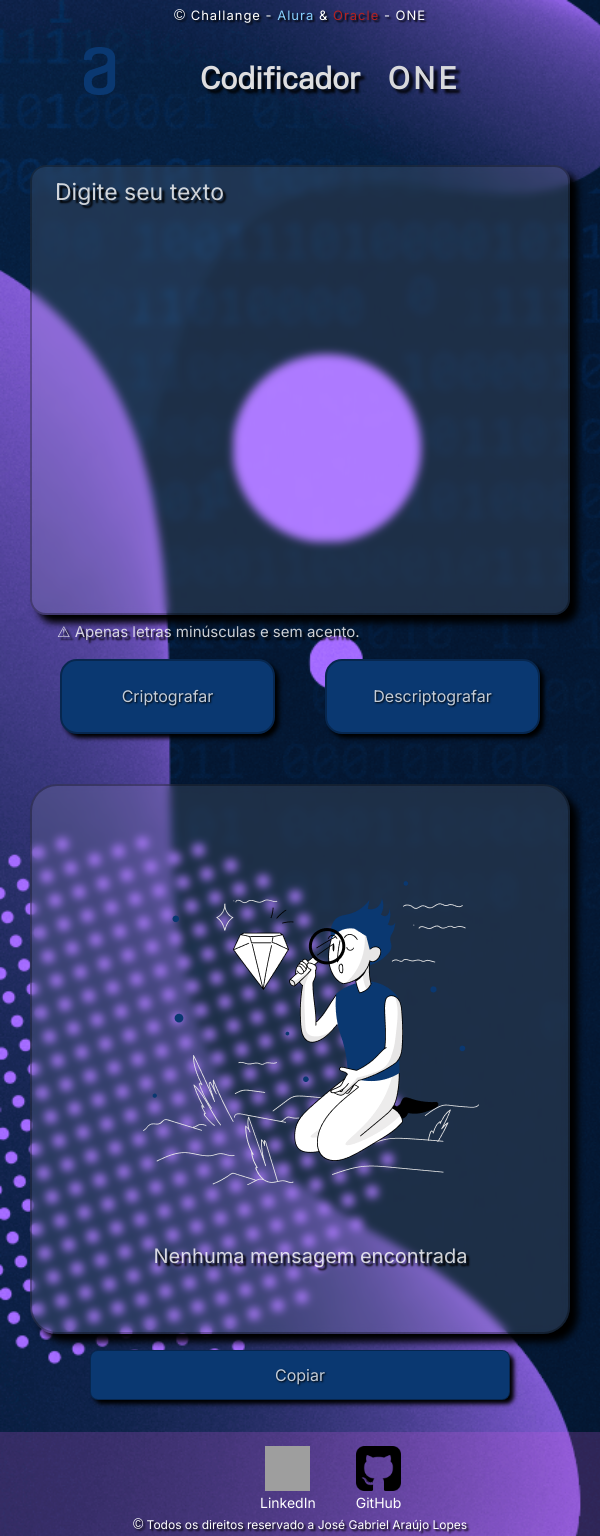
Repository: GabbrielLopes/Decodificador-ONE-Challange-Alura
Page: index.html
An editor plug-in stored every save of this project. The page is shown before and after the next save, followed by the edit.
The browser window is 600 px wide. The pictures show the whole page.
Pictures or frames that could not be fetched are drawn as grey boxes.

Above is the page before, as saved 2022-05-11 23:15:58.

After the next save:
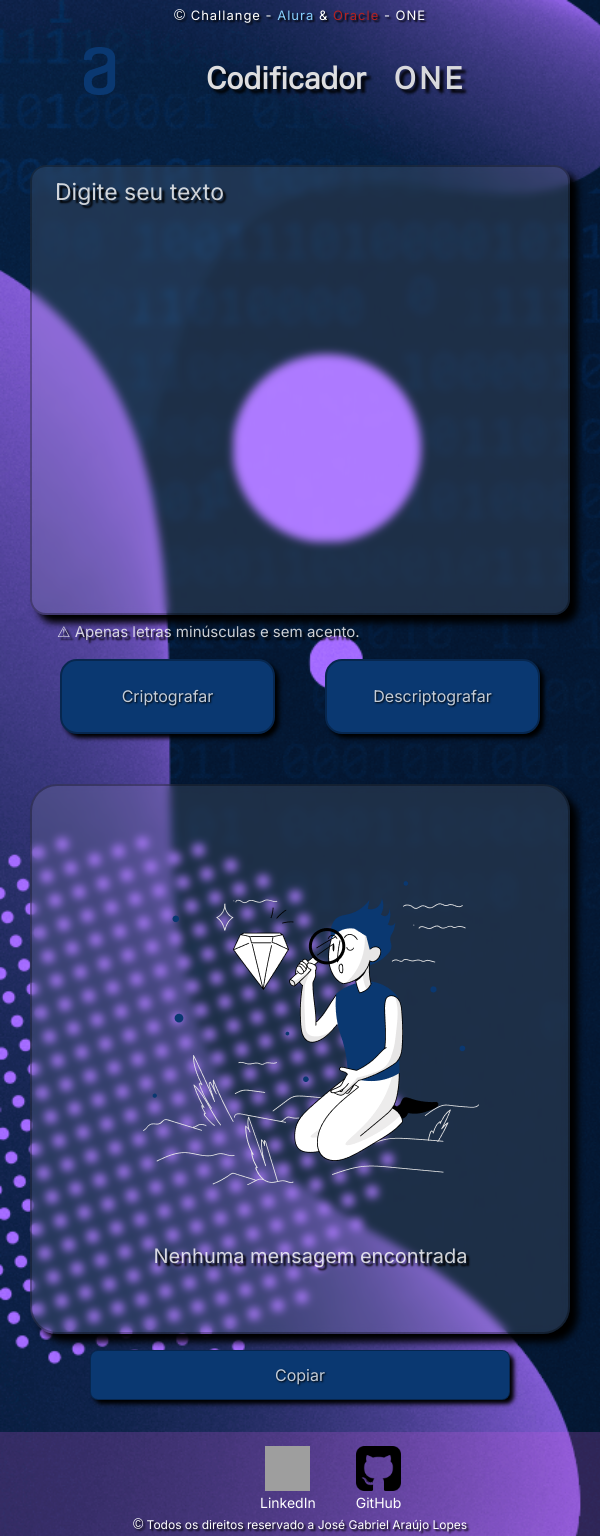
Saved 10 s later.
--- a/css/media.css
+++ b/css/media.css
@@ -5,7 +5,7 @@
         letter-spacing: normal;
         align-self: center;
         flex-direction: row;
-        margin-left: 0;
+        margin-left: 1%;
     }
 
     .main {
